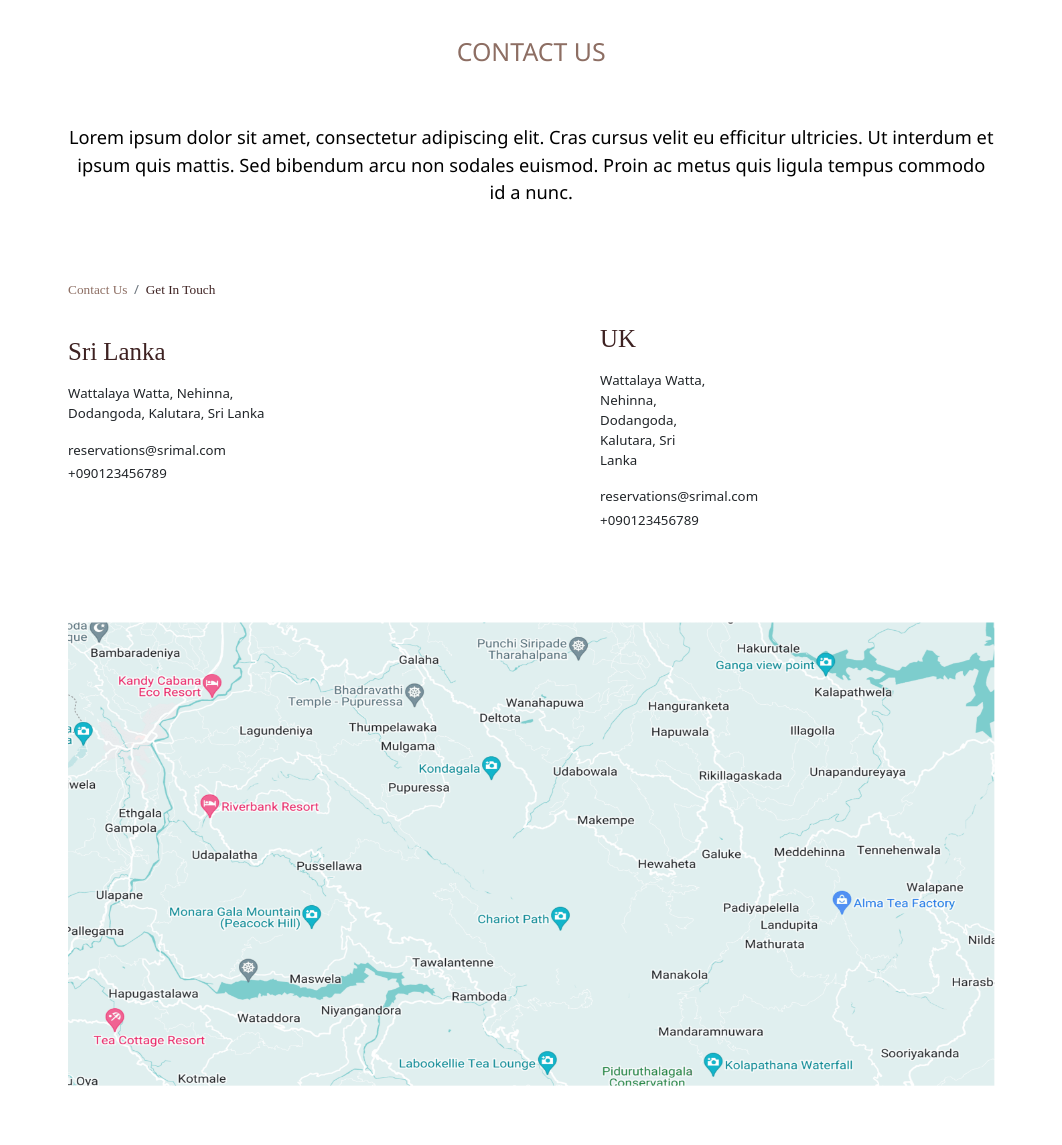
Repository: kaushalyaweerakoon/Plantation-Villa
Page: contact-us.html
An editor plug-in stored every save of this project. The page is shown before and after the next save, followed by the edit.
The browser window is 1280 px wide. The pictures show the whole page, at 83% of full size.
Some web fonts or font styles are not loaded; a fallback is used.

Above is the page before, as saved 2022-08-15 12:20:53.
Not found: assets/js/main.js

After the next save:
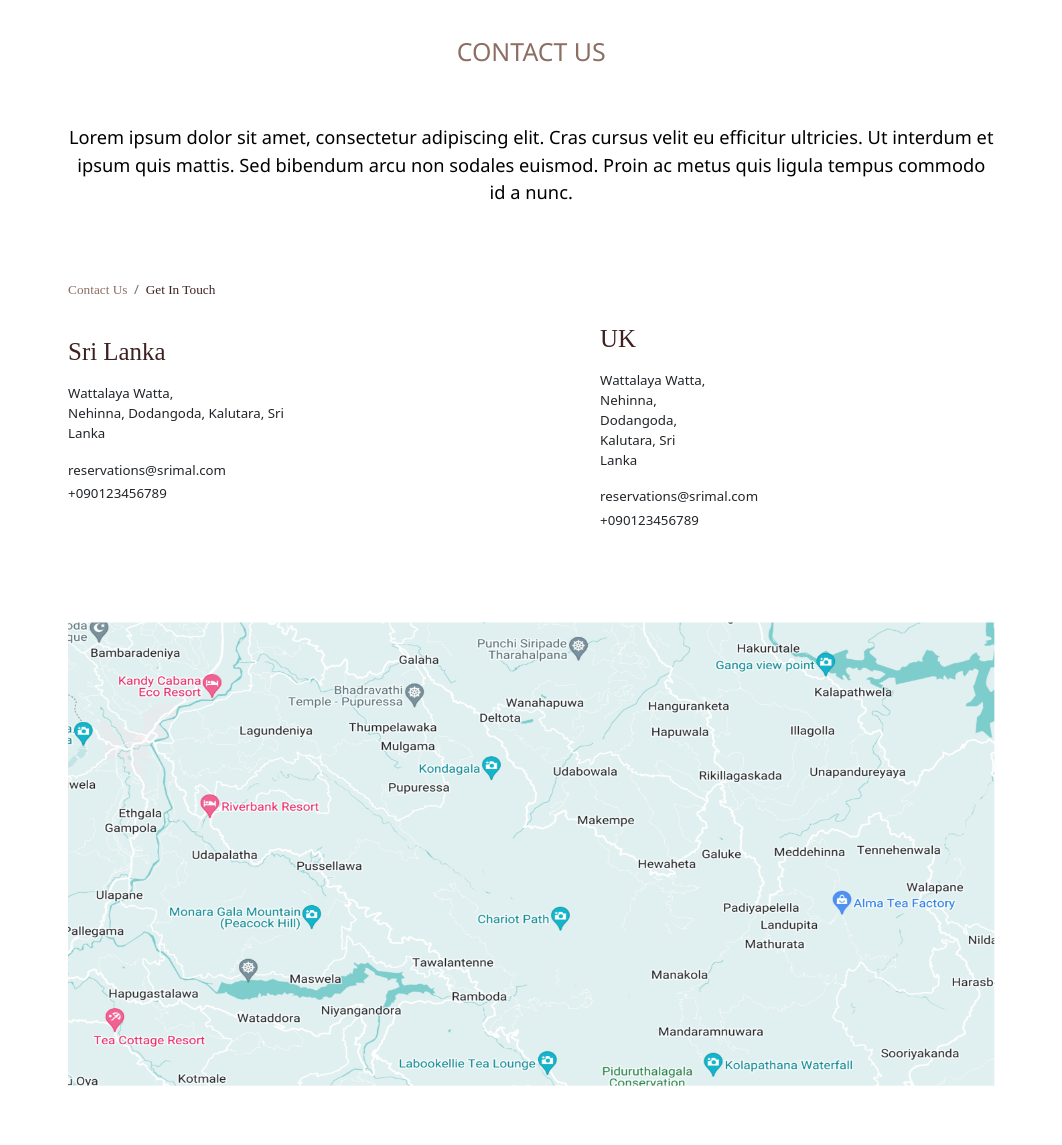
Saved 31 s later.
--- a/contact-us.html
+++ b/contact-us.html
@@ -58,7 +58,7 @@
 
             <div class="col col-xl-6">
                 <p class="country-text">Sri Lanka</p>
-                <p class="">Wattalaya Watta,
+                <p class="">Wattalaya Watta,<br>
                     Nehinna, Dodangoda,
                     Kalutara, Sri Lanka</p>
                 <ul class="list-unstyled">
